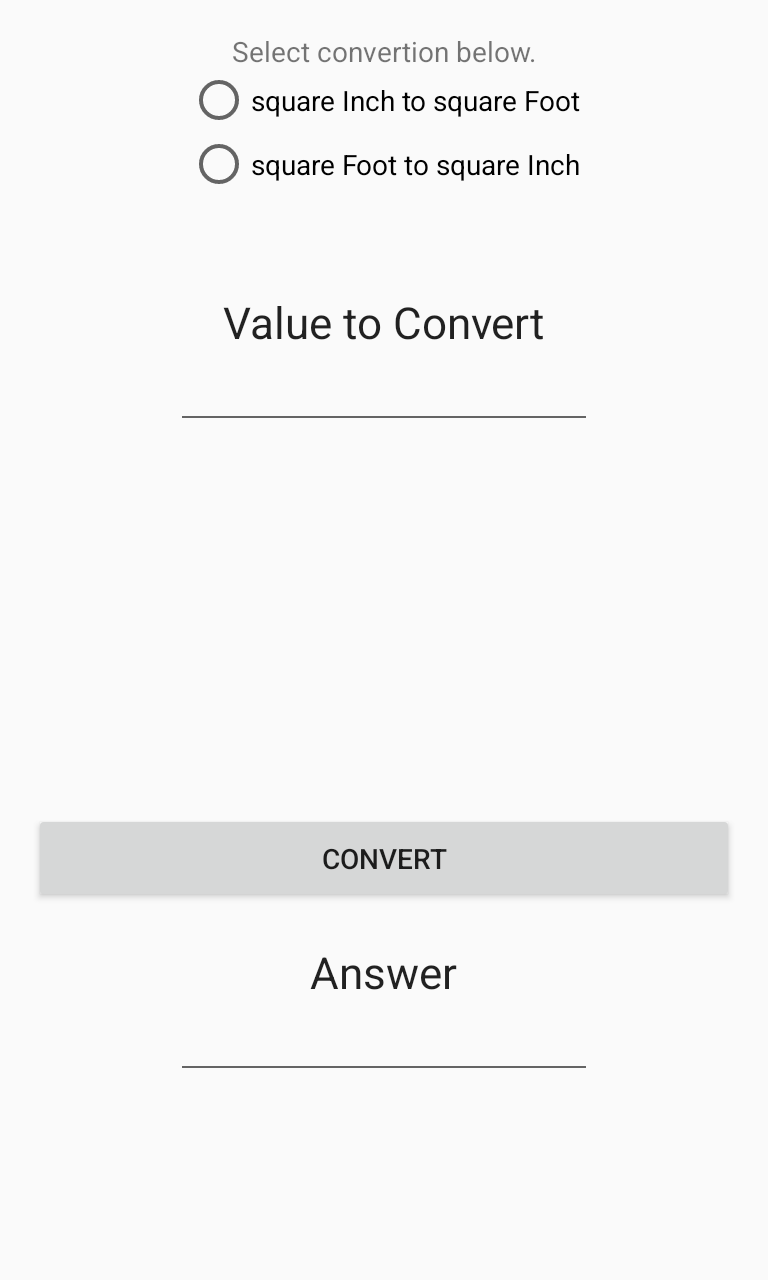
Repository: awayzo/6300Fall14Assignment4
Layout: UnitConvertor/res/layout/activity_area.xml
The author's editor kept a copy of each file at every save. The layout is drawn from the files as they stood at one save, then again after the next save.
It is drawn on a 768 x 1280 px phone screen (xhdpi) without system bars, with theme AppTheme; the app's code is not run.

Above is the layout before, as saved 2014-09-26 21:51:57.

After the next save:
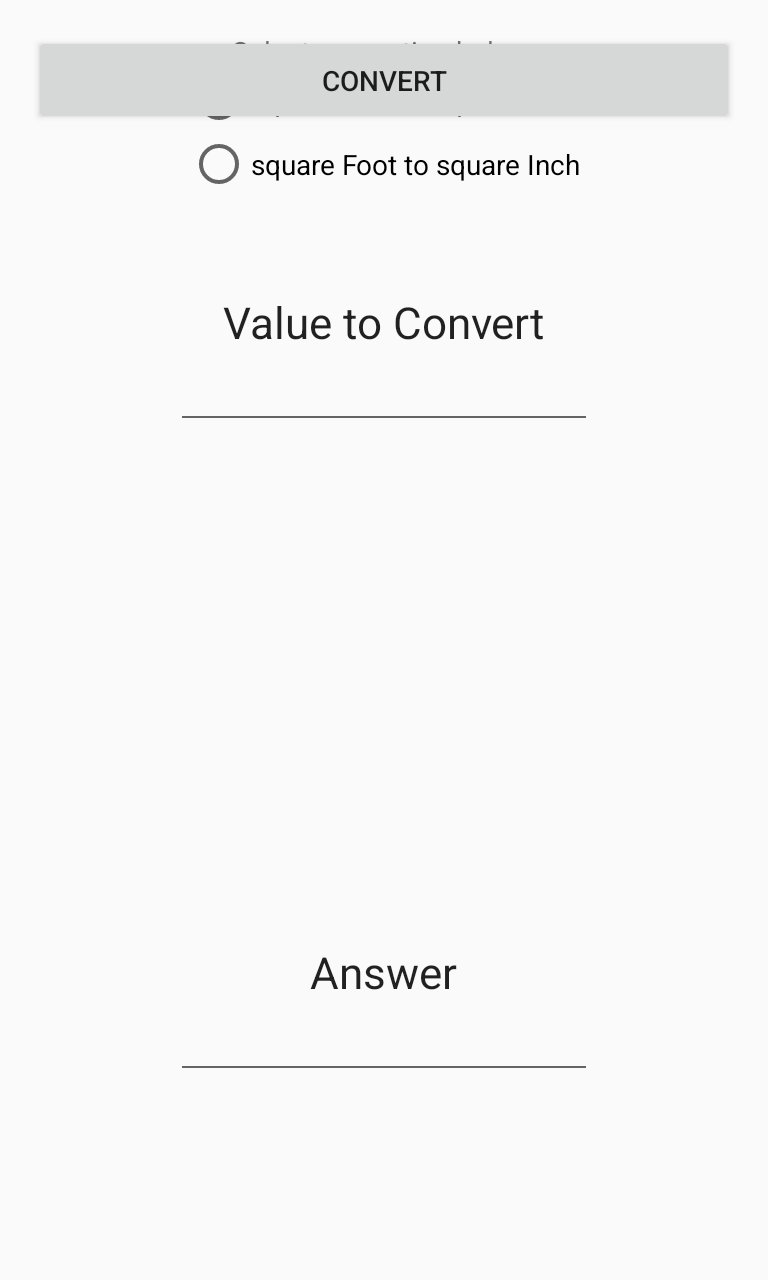
Saved 2 min 16 s later.
--- a/UnitConvertor/res/layout/activity_area.xml
+++ b/UnitConvertor/res/layout/activity_area.xml
@@ -51,9 +51,8 @@
         android:id="@+id/btnConvert"
         android:layout_width="match_parent"
         android:layout_height="wrap_content"
-        android:layout_above="@+id/lblAnswer"
-        android:layout_centerHorizontal="true"
-        android:layout_marginBottom="18dp"
+        android:layout_alignParentRight="true"
+        android:layout_alignParentTop="true"
         android:text="Convert" />
 
     <EditText
